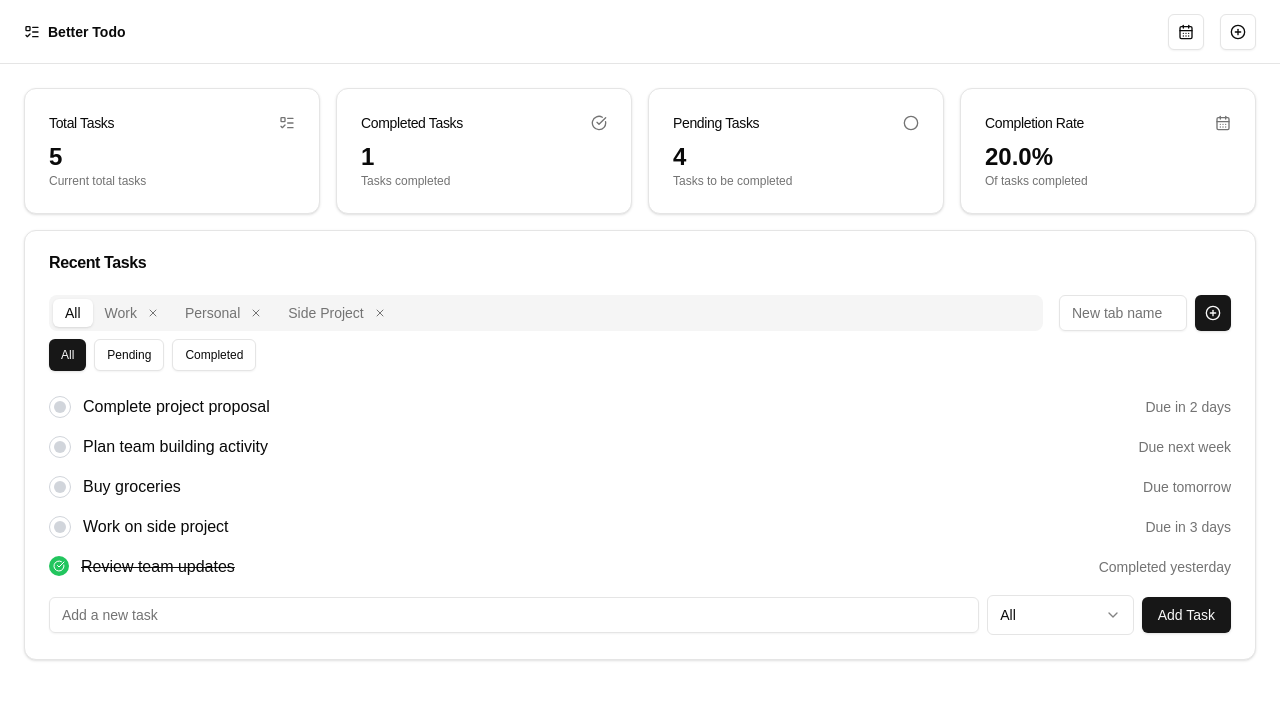
Repository: malikbarbier7/better-todo
Page: /dashboard
These files come from the project's save history. The page is drawn as it stood at one moment and after the next save; the edit follows.
The browser window is 1280 px wide. The pictures show the whole page.
The project was rebuilt for these pictures with package versions that can differ from the ones it lists, and the page was loaded fresh each time. The framework's server and built-in components were replaced by stand-ins that run in the browser. Also part of the build but not shown: next.config.js, next.config.mjs.

Above is the page before, as saved 2024-10-04 11:39:12.

### app/dashboard/page.tsx
import { Dashboard } from '@/components/dashboard'

export default function DashboardPage() {
  return <Dashboard />
}

### components/dashboard.tsx
'use client'

import React from 'react'
import { Button } from "@/components/ui/button"
import { Card, CardContent, CardHeader, CardTitle } from "@/components/ui/card"
import { Input } from "@/components/ui/input"
import { Tabs, TabsContent, TabsList, TabsTrigger } from "@/components/ui/tabs"
import { CalendarDays, CheckCircle, Circle, ListTodo, PlusCircle, X, ChevronDown } from "lucide-react"
import {
  Select,
  SelectContent,
  SelectItem,
  SelectTrigger,
  SelectValue,
} from "@/components/ui/select"

export function Dashboard() {
  const [tabs, setTabs] = React.useState(['All', 'Work', 'Personal', 'Side Project'])
  const [activeTab, setActiveTab] = React.useState('All')
  const [newTabName, setNewTabName] = React.useState('')
  const [newTaskName, setNewTaskName] = React.useState('')
  const [newTaskSpace, setNewTaskSpace] = React.useState('All')
  const [tasks, setTasks] = React.useState({
    'All': [
      { id: 1, name: 'Complete project proposal', status: 'pending', category: 'Work', dueDate: 'Due in 2 days' },
      { id: 2, name: 'Review team updates', status: 'completed', category: 'Work', dueDate: 'Completed yesterday' },
      { id: 3, name: 'Plan team building activity', status: 'pending', category: 'Work', dueDate: 'Due next week' },
      { id: 4, name: 'Buy groceries', status: 'pending', category: 'Personal', dueDate: 'Due tomorrow' },
      { id: 5, name: 'Work on side project', status: 'pending', category: 'Side Project', dueDate: 'Due in 3 days' },
    ],
    'Work': [
      { id: 1, name: 'Complete project proposal', status: 'pending', category: 'Work', dueDate: 'Due in 2 days' },
      { id: 2, name: 'Review team updates', status: 'completed', category: 'Work', dueDate: 'Completed yesterday' },
      { id: 3, name: 'Plan team building activity', status: 'pending', category: 'Work', dueDate: 'Due next week' },
    ],
    'Personal': [
      { id: 4, name: 'Buy groceries', status: 'pending', category: 'Personal', dueDate: 'Due tomorrow' },
    ],
    'Side Project': [
      { id: 5, name: 'Work on side project', status: 'pending', category: 'Side Project', dueDate: 'Due in 3 days' },
    ],
  })

  const [taskFilter, setTaskFilter] = React.useState('all')

  const handleAddTab = () => {
    if (newTabName && !tabs.includes(newTabName)) {
      const updatedTabs = [...tabs, newTabName];
      setTabs(updatedTabs);
      setTasks(prevTasks => ({ ...prevTasks, [newTabName]: [] }));
      setActiveTab(newTabName);
      setNewTaskSpace(newTabName); // Mettre à jour l'espace de la nouvelle tâche
      setNewTabName('');
    }
  }

  const handleRemoveTab = (tab: string) => {
    if (tab !== 'All') {
      const newTabs = tabs.filter(t => t !== tab)
      const { [tab]: removedTasks, ...restTasks } = tasks
      setTabs(newTabs)
      setTasks(restTasks)
      setActiveTab('All')
    }
  }

  const handleAddTask = (e: React.FormEvent) => {
    e.preventDefault()
    if (newTaskName) {
      const newTask = {
        id: Date.now(),
        name: newTaskName,
        status: 'pending',
        category: newTaskSpace === 'All' ? 'Uncategorized' : newTaskSpace,
        dueDate: 'Not set'
      }
      setTasks(prevTasks => {
        const updatedTasks = { ...prevTasks };
        if (newTaskSpace !== 'All') {
          updatedTasks[newTaskSpace] = [...(updatedTasks[newTaskSpace] || []), newTask];
        }
        updatedTasks['All'] = [...updatedTasks['All'], newTask];
        return updatedTasks;
      })
      setNewTaskName('')
    }
  }

  const handleTaskStatusChange = (taskId: string, newStatus: 'completed' | 'pending') => {
    setTasks(prevTasks => {
      const updatedTasks = { ...prevTasks };
      for (const category in updatedTasks) {
        updatedTasks[category] = updatedTasks[category]
          .map(task =>
            task.id.toString() === taskId ? { ...task, status: newStatus } : task
          )
          .sort((a, b) => {
            // Trier les tâches : pendantes en haut, complétées en bas
            if (a.status === 'pending' && b.status === 'completed') return -1;
            if (a.status === 'completed' && b.status === 'pending') return 1;
            return 0;
          });
      }
      return updatedTasks;
    });
  };

  // Calculer le nombre total de tâches
  const totalTasks = tasks['All'].length;

  // Calculer le nombre de tâches complétées
  const completedTasks = tasks['All'].filter(task => task.status === 'completed').length;

  // Calculer le nombre de tâches en attente
  const pendingTasks = totalTasks - completedTasks;

  // Calculer le taux de complétion
  const completionRate = totalTasks > 0 ? ((completedTasks / totalTasks) * 100).toFixed(1) : '0.0';

  const filteredTasks = React.useMemo(() => {
    return (tasks[activeTab] || [])
      .filter(task => {
        if (taskFilter === 'all') return true;
        if (taskFilter === 'pending') return task.status === 'pending';
        if (taskFilter === 'completed') return task.status === 'completed';
        return true;
      })
      .sort((a, b) => {
        // Trier les tâches : pendantes en haut, complétées en bas
        if (a.status === 'pending' && b.status === 'completed') return -1;
        if (a.status === 'completed' && b.status === 'pending') return 1;
        return 0;
      });
  }, [tasks, activeTab, taskFilter]);

  // Mettre à jour newTaskSpace quand activeTab change
  React.useEffect(() => {
    setNewTaskSpace(activeTab);
  }, [activeTab]);

  return (
    <div className="flex flex-col min-h-screen">
      <header className="flex items-center h-16 px-4 border-b shrink-0 md:px-6">
        <nav className="flex-1">
          <ul className="flex items-center gap-4 text-sm font-medium">
            <li className="flex items-center gap-2">
              <ListTodo className="w-4 h-4" />
              <span className="font-bold">Better Todo</span>
            </li>
          </ul>
        </nav>
        <div className="flex items-center gap-4 md:gap-2 lg:gap-4">
          <Button variant="outline" size="icon">
            <CalendarDays className="w-4 h-4" />
            <span className="sr-only">View calendar</span>
          </Button>
          <Button variant="outline" size="icon">
            <PlusCircle className="w-4 h-4" />
            <span className="sr-only">Create new task</span>
          </Button>
        </div>
      </header>
      <main className="flex-1 overflow-auto p-4 md:p-6">
        <div className="grid gap-4 md:grid-cols-2 lg:grid-cols-4">
          <Card>
            <CardHeader className="flex flex-row items-center justify-between pb-2 space-y-0">
              <CardTitle className="text-sm font-medium">Total Tasks</CardTitle>
              <ListTodo className="w-4 h-4 text-muted-foreground" />
            </CardHeader>
            <CardContent>
              <div className="text-2xl font-bold">{totalTasks}</div>
              <p className="text-xs text-muted-foreground">Current total tasks</p>
            </CardContent>
          </Card>
          <Card>
            <CardHeader className="flex flex-row items-center justify-between pb-2 space-y-0">
              <CardTitle className="text-sm font-medium">Completed Tasks</CardTitle>
              <CheckCircle className="w-4 h-4 text-muted-foreground" />
            </CardHeader>
            <CardContent>
              <div className="text-2xl font-bold">{completedTasks}</div>
              <p className="text-xs text-muted-foreground">Tasks completed</p>
            </CardContent>
          </Card>
          <Card>
            <CardHeader className="flex flex-row items-center justify-between pb-2 space-y-0">
              <CardTitle className="text-sm font-medium">Pending Tasks</CardTitle>
              <Circle className="w-4 h-4 text-muted-foreground" />
            </CardHeader>
            <CardContent>
              <div className="text-2xl font-bold">{pendingTasks}</div>
              <p className="text-xs text-muted-foreground">Tasks to be completed</p>
            </CardContent>
          </Card>
          <Card>
            <CardHeader className="flex flex-row items-center justify-between pb-2 space-y-0">
              <CardTitle className="text-sm font-medium">Completion Rate</CardTitle>
              <CalendarDays className="w-4 h-4 text-muted-foreground" />
            </CardHeader>
            <CardContent>
              <div className="text-2xl font-bold">{completionRate}%</div>
              <p className="text-xs text-muted-foreground">Of tasks completed</p>
            </CardContent>
          </Card>
        </div>
        <Card className="mt-4">
          <CardHeader>
            <CardTitle>Recent Tasks</CardTitle>
          </CardHeader>
          <CardContent>
            <Tabs value={activeTab} onValueChange={(value) => {
              setActiveTab(value);
              setNewTaskSpace(value); // Mettre à jour newTaskSpace ici aussi
            }} className="w-full">
              <div className="flex flex-col">
                <div className="mb-4">
                  <div className="flex justify-between items-center">
                    <TabsList className="flex-grow justify-start">
                      {tabs.map((tab) => (
                        <TabsTrigger key={tab} value={tab} className="flex items-center">
                          {tab}
                          {tab !== 'All' && (
                            <Button
                              variant="ghost"
                              size="icon"
                              className="ml-2 h-4 w-4"
                              onClick={(e) => {
                                e.stopPropagation()
                                handleRemoveTab(tab)
                              }}
                            >
                              <X className="h-3 w-3" />
                            </Button>
                          )}
                        </TabsTrigger>
                      ))}
                    </TabsList>
                    <div className="flex items-center space-x-2 ml-4">
                      <Input
                        placeholder="New tab name"
                        value={newTabName}
                        onChange={(e) => setNewTabName(e.target.value)}
                        className="w-32"
                      />
                      <Button onClick={handleAddTab} size="icon">
                        <PlusCircle className="h-4 w-4" />
                      </Button>
                    </div>
                  </div>
                  <div className="flex justify-start mt-2">
                    <div className="flex items-center space-x-2">
                      <Button
                        size="sm"
                        variant={taskFilter === 'all' ? 'default' : 'outline'}
                        onClick={() => setTaskFilter('all')}
                      >
                        All
                      </Button>
                      <Button
                        size="sm"
                        variant={taskFilter === 'pending' ? 'default' : 'outline'}
                        onClick={() => setTaskFilter('pending')}
                      >
                        Pending
                      </Button>
                      <Button
                        size="sm"
                        variant={taskFilter === 'completed' ? 'default' : 'outline'}
                        onClick={() => setTaskFilter('completed')}
                      >
                        Completed
                      </Button>
                    </div>
                  </div>
                </div>
                <div>
                  {tabs.map((tab) => (
                    <TabsContent key={tab} value={tab}>
                      <div className="space-y-4">
                        {filteredTasks.map((task) => (
                          <div key={task.id} className="flex items-center">
                            <div className="relative">
                              {task.status === 'completed' ? (
                                <button
                                  className="p-1 bg-green-500 text-white rounded-full"
                                  onClick={() => handleTaskStatusChange(task.id.toString(), 'pending')}
                                >
                                  <CheckCircle className="w-3 h-3" />
                                </button>
                              ) : (
                                <button
                                  className="p-1 border border-gray-300 rounded-full flex items-center justify-center"
                                  onClick={() => handleTaskStatusChange(task.id.toString(), 'completed')}
                                >
                                  <div className="w-3 h-3 bg-gray-300 rounded-full"></div>
                                </button>
                              )}
                            </div>
                            <span className={`ml-3 flex-1 ${task.status === 'completed' ? 'line-through' : ''}`}>{task.name}</span>
                            <span className="text-sm text-muted-foreground">{task.dueDate}</span>
                          </div>
                        ))}
                      </div>
                      <form onSubmit={handleAddTask} className="mt-4 flex items-center space-x-2">
                        <Input
                          placeholder="Add a new task"
                          value={newTaskName}
                          onChange={(e) => setNewTaskName(e.target.value)}
                          className="flex-grow"
                        />
                        <Select
                          value={tabs.includes(newTaskSpace) ? newTaskSpace : 'All'}
                          onValueChange={setNewTaskSpace}
                        >
                          <SelectTrigger className="w-[180px]">
                            <SelectValue placeholder="Select space" />
                          </SelectTrigger>
                          <SelectContent>
                            {tabs.map((tab) => (
                              <SelectItem key={tab} value={tab}>{tab}</SelectItem>
                            ))}
                          </SelectContent>
                        </Select>
                        <Button type="submit">Add Task</Button>
                      </form>
                    </TabsContent>
                  ))}
                </div>
              </div>
            </Tabs>
          </CardContent>
        </Card>
      </main>
    </div>
  )
}

### components/ui/button.tsx
import * as React from "react"
import { Slot } from "@radix-ui/react-slot"
import { cva, type VariantProps } from "class-variance-authority"

import { cn } from "@/lib/utils"

const buttonVariants = cva(
  "inline-flex items-center justify-center whitespace-nowrap rounded-md text-sm font-medium transition-colors focus-visible:outline-none focus-visible:ring-1 focus-visible:ring-ring disabled:pointer-events-none disabled:opacity-50",
  {
    variants: {
      variant: {
        default:
          "bg-primary text-primary-foreground shadow hover:bg-primary/90",
        destructive:
          "bg-destructive text-destructive-foreground shadow-sm hover:bg-destructive/90",
        outline:
          "border border-input bg-background shadow-sm hover:bg-accent hover:text-accent-foreground",
        secondary:
          "bg-secondary text-secondary-foreground shadow-sm hover:bg-secondary/80",
        ghost: "hover:bg-accent hover:text-accent-foreground",
        link: "text-primary underline-offset-4 hover:underline",
      },
      size: {
        default: "h-9 px-4 py-2",
        sm: "h-8 rounded-md px-3 text-xs",
        lg: "h-10 rounded-md px-8",
        icon: "h-9 w-9",
      },
    },
    defaultVariants: {
      variant: "default",
      size: "default",
    },
  }
)

export interface ButtonProps
  extends React.ButtonHTMLAttributes<HTMLButtonElement>,
    VariantProps<typeof buttonVariants> {
  asChild?: boolean
}

const Button = React.forwardRef<HTMLButtonElement, ButtonProps>(
  ({ className, variant, size, asChild = false, ...props }, ref) => {
    const Comp = asChild ? Slot : "button"
    return (
      <Comp
        className={cn(buttonVariants({ variant, size, className }))}
        ref={ref}
        {...props}
      />
    )
  }
)
Button.displayName = "Button"

export { Button, buttonVariants }

### components/ui/card.tsx
import * as React from "react"

import { cn } from "@/lib/utils"

const Card = React.forwardRef<
  HTMLDivElement,
  React.HTMLAttributes<HTMLDivElement>
>(({ className, ...props }, ref) => (
  <div
    ref={ref}
    className={cn(
      "rounded-xl border bg-card text-card-foreground shadow",
      className
    )}
    {...props}
  />
))
Card.displayName = "Card"

const CardHeader = React.forwardRef<
  HTMLDivElement,
  React.HTMLAttributes<HTMLDivElement>
>(({ className, ...props }, ref) => (
  <div
    ref={ref}
    className={cn("flex flex-col space-y-1.5 p-6", className)}
    {...props}
  />
))
CardHeader.displayName = "CardHeader"

const CardTitle = React.forwardRef<
  HTMLParagraphElement,
  React.HTMLAttributes<HTMLHeadingElement>
>(({ className, ...props }, ref) => (
  <h3
    ref={ref}
    className={cn("font-semibold leading-none tracking-tight", className)}
    {...props}
  />
))
CardTitle.displayName = "CardTitle"

const CardDescription = React.forwardRef<
  HTMLParagraphElement,
  React.HTMLAttributes<HTMLParagraphElement>
>(({ className, ...props }, ref) => (
  <p
    ref={ref}
    className={cn("text-sm text-muted-foreground", className)}
    {...props}
  />
))
CardDescription.displayName = "CardDescription"

const CardContent = React.forwardRef<
  HTMLDivElement,
  React.HTMLAttributes<HTMLDivElement>
>(({ className, ...props }, ref) => (
  <div ref={ref} className={cn("p-6 pt-0", className)} {...props} />
))
CardContent.displayName = "CardContent"

const CardFooter = React.forwardRef<
  HTMLDivElement,
  React.HTMLAttributes<HTMLDivElement>
>(({ className, ...props }, ref) => (
  <div
    ref={ref}
    className={cn("flex items-center p-6 pt-0", className)}
    {...props}
  />
))
CardFooter.displayName = "CardFooter"

export { Card, CardHeader, CardFooter, CardTitle, CardDescription, CardContent }

### components/ui/input.tsx
import * as React from "react"

import { cn } from "@/lib/utils"

export interface InputProps
  extends React.InputHTMLAttributes<HTMLInputElement> {}

const Input = React.forwardRef<HTMLInputElement, InputProps>(
  ({ className, type, ...props }, ref) => {
    return (
      <input
        type={type}
        className={cn(
          "flex h-9 w-full rounded-md border border-input bg-transparent px-3 py-1 text-sm shadow-sm transition-colors file:border-0 file:bg-transparent file:text-sm file:font-medium file:text-foreground placeholder:text-muted-foreground focus-visible:outline-none focus-visible:ring-1 focus-visible:ring-ring disabled:cursor-not-allowed disabled:opacity-50",
          className
        )}
        ref={ref}
        {...props}
      />
    )
  }
)
Input.displayName = "Input"

export { Input }

### components/ui/progress.tsx
"use client"

import * as React from "react"
import * as ProgressPrimitive from "@radix-ui/react-progress"

import { cn } from "@/lib/utils"

const Progress = React.forwardRef<
  React.ElementRef<typeof ProgressPrimitive.Root>,
  React.ComponentPropsWithoutRef<typeof ProgressPrimitive.Root>
>(({ className, value, ...props }, ref) => (
  <ProgressPrimitive.Root
    ref={ref}
    className={cn(
      "relative h-2 w-full overflow-hidden rounded-full bg-primary/20",
      className
    )}
    {...props}
  >
    <ProgressPrimitive.Indicator
      className="h-full w-full flex-1 bg-primary transition-all"
      style={{ transform: `translateX(-${100 - (value || 0)}%)` }}
    />
  </ProgressPrimitive.Root>
))
Progress.displayName = ProgressPrimitive.Root.displayName

export { Progress }

Loaded but not shown: app/layout.tsx (common file); app/globals.css (common file); lib/utils.ts (common file); tailwind.config.ts (common file); components/ui/select.tsx (121 lines, source omitted); components/ui/tabs.tsx (55 lines, source omitted)

After the next save:
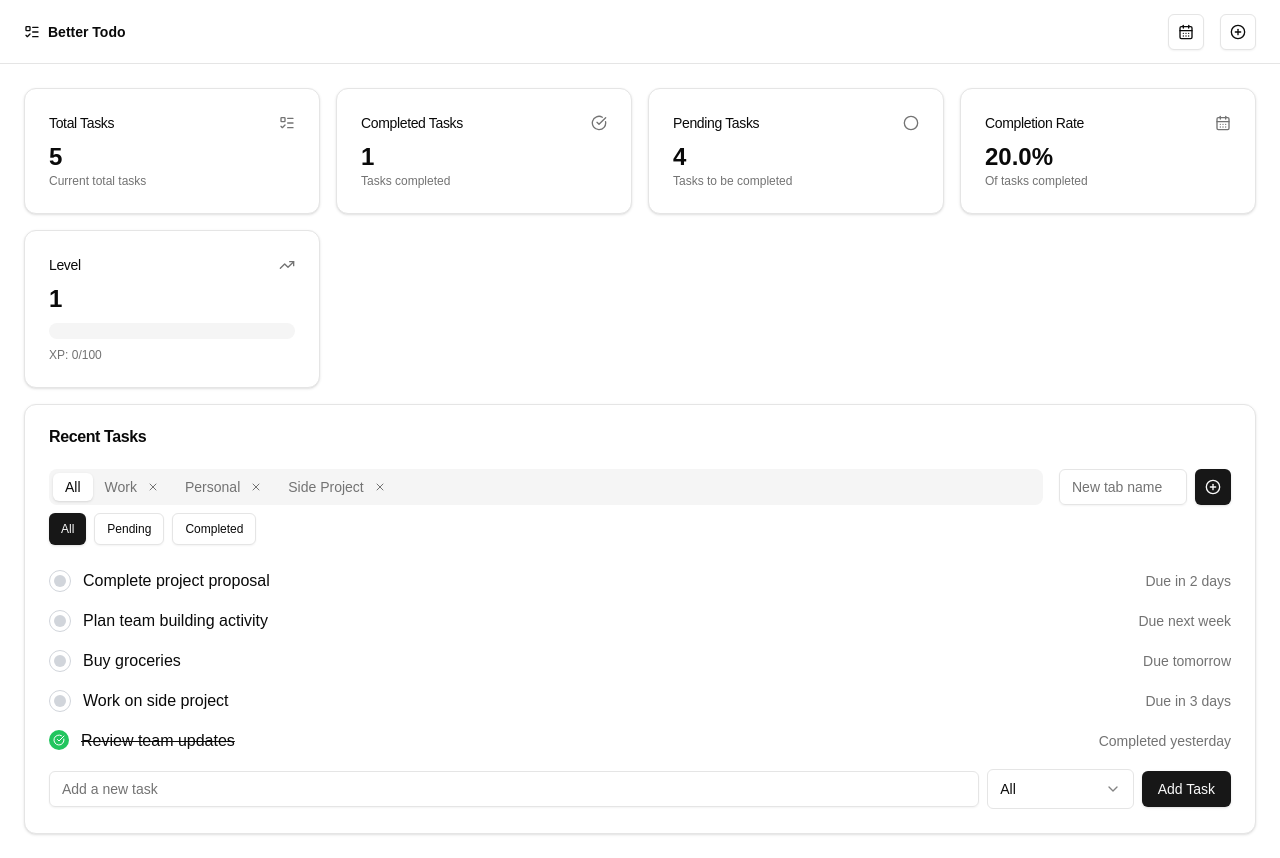
Saved 3 min 47 s later.
--- a/components/dashboard.tsx
+++ b/components/dashboard.tsx
@@ -5,7 +5,8 @@ import { Button } from "@/components/ui/button"
 import { Card, CardContent, CardHeader, CardTitle } from "@/components/ui/card"
 import { Input } from "@/components/ui/input"
 import { Tabs, TabsContent, TabsList, TabsTrigger } from "@/components/ui/tabs"
-import { CalendarDays, CheckCircle, Circle, ListTodo, PlusCircle, X, ChevronDown } from "lucide-react"
+import { CalendarDays, CheckCircle, Circle, ListTodo, PlusCircle, X, ChevronDown, TrendingUp } from "lucide-react"
+import { Progress } from "@/components/ui/progress"
 import {
   Select,
   SelectContent,
@@ -42,6 +43,8 @@ export function Dashboard() {
   })
 
   const [taskFilter, setTaskFilter] = React.useState('all')
+  const [level, setLevel] = React.useState(1)
+  const [xp, setXp] = React.useState(0)
 
   const handleAddTab = () => {
     if (newTabName && !tabs.includes(newTabName)) {
@@ -91,11 +94,17 @@ export function Dashboard() {
       const updatedTasks = { ...prevTasks };
       for (const category in updatedTasks) {
         updatedTasks[category] = updatedTasks[category]
-          .map(task =>
-            task.id.toString() === taskId ? { ...task, status: newStatus } : task
-          )
+          .map(task => {
+            if (task.id.toString() === taskId) {
+              if (task.status === 'pending' && newStatus === 'completed') {
+                // Task is being completed, gain XP
+                gainXP(10)
+              }
+              return { ...task, status: newStatus }
+            }
+            return task
+          })
           .sort((a, b) => {
-            // Trier les tâches : pendantes en haut, complétées en bas
             if (a.status === 'pending' && b.status === 'completed') return -1;
             if (a.status === 'completed' && b.status === 'pending') return 1;
             return 0;
@@ -104,6 +113,17 @@ export function Dashboard() {
       return updatedTasks;
     });
   };
+
+  const gainXP = (amount: number) => {
+    setXp(prevXP => {
+      const newXP = prevXP + amount
+      if (newXP >= 100) {
+        setLevel(prevLevel => prevLevel + 1)
+        return newXP - 100
+      }
+      return newXP
+    })
+  }
 
   // Calculer le nombre total de tâches
   const totalTasks = tasks['All'].length;
@@ -200,6 +220,17 @@ export function Dashboard() {
             <CardContent>
               <div className="text-2xl font-bold">{completionRate}%</div>
               <p className="text-xs text-muted-foreground">Of tasks completed</p>
+            </CardContent>
+          </Card>
+          <Card>
+            <CardHeader className="flex flex-row items-center justify-between pb-2 space-y-0">
+              <CardTitle className="text-sm font-medium">Level</CardTitle>
+              <TrendingUp className="w-4 h-4 text-muted-foreground" />
+            </CardHeader>
+            <CardContent>
+              <div className="text-2xl font-bold">{level}</div>
+              <Progress value={xp} className="mt-2" />
+              <p className="text-xs text-muted-foreground mt-2">XP: {xp}/100</p>
             </CardContent>
           </Card>
         </div>
--- a/components/ui/progress.tsx
+++ b/components/ui/progress.tsx
@@ -12,7 +12,7 @@ const Progress = React.forwardRef<
   <ProgressPrimitive.Root
     ref={ref}
     className={cn(
-      "relative h-2 w-full overflow-hidden rounded-full bg-primary/20",
+      "relative h-4 w-full overflow-hidden rounded-full bg-secondary",
       className
     )}
     {...props}
